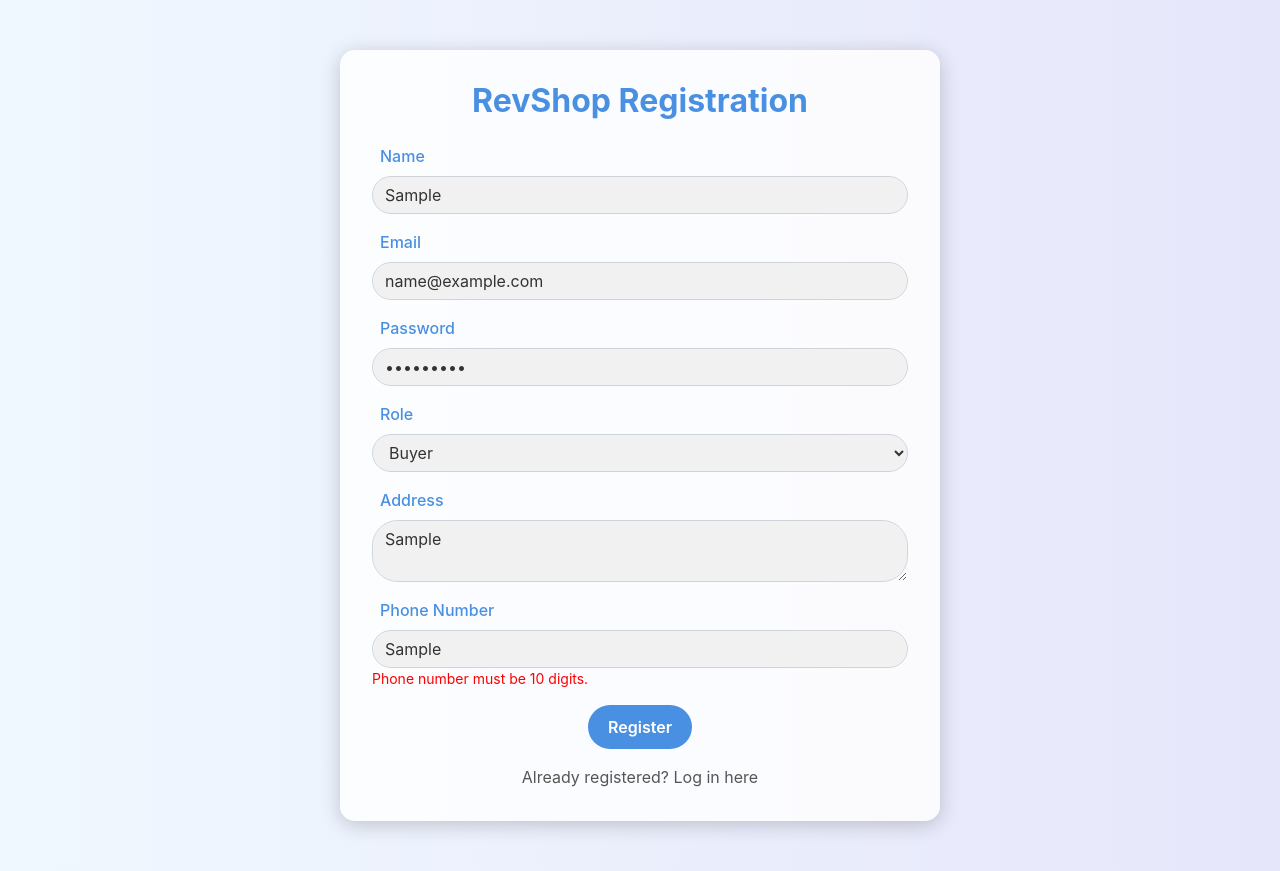
Repository: srikanth805/RevShopP2_Ecommerce
Page: http://localhost/Register
An editor plug-in stored every save of this project. The page is shown before and after the next save, followed by the edit.
The browser window is 1280 px wide. The pictures show the whole page.
Empty fields were first filled with sample values (such as "Sample", 5 or name@example.com).
After loading, the first visible `form` was submitted once.
The page is this project's Thymeleaf template; nobody is signed in. The template is opened directly, without the code that normally fills it, so the values that code supplies are empty.

Above is the page before, as saved 2024-10-21 12:29:20.

### client-app/src/main/resources/templates/Register.html
<!DOCTYPE html>
<html lang="en" xmlns:th="http://www.thymeleaf.org">
<head>
<meta charset="UTF-8">
<meta name="viewport" content="width=device-width, initial-scale=1.0">
<title>RevShop User Registration</title>
<!-- Bootstrap CSS -->
<link
	href="https://stackpath.bootstrapcdn.com/bootstrap/4.5.2/css/bootstrap.min.css"
	rel="stylesheet">
<link rel="stylesheet" th:href="@{/css/Register.css}">
<script src="https://code.jquery.com/jquery-3.5.1.min.js"></script>
<script
	src="https://cdn.jsdelivr.net/npm/@popperjs/core@2.9.2/dist/umd/popper.min.js"></script>
<script
	src="https://stackpath.bootstrapcdn.com/bootstrap/4.5.2/js/bootstrap.min.js"></script>

<script>
	$(document).ready(function() {
		$('#role').change(function() {
			if ($(this).val() === 'seller') {
				$('#sellerFields').slideDown();
			} else {
				$('#sellerFields').slideUp();
			}
		});

		$('form').on('submit', function(e) {
			e.preventDefault();
			let isValid = true;

			const name = $('#name').val();
			if (name === '') {
				$('#nameError').show();
				isValid = false;
			} else {
				$('#nameError').hide();
			}

			const email = $('#email').val();
			const emailPattern = /^[^@\s]+@[^@\s]+\.[^@\s]+$/;
			if (!emailPattern.test(email)) {
				$('#emailError').show();
				isValid = false;
			} else {
				$('#emailError').hide();
			}

			const password = $('#password').val();
			const passwordPattern = /^(?=.*\d)(?=.*[a-z])(?=.*[A-Z]).{8,}$/;
			if (!passwordPattern.test(password)) {
				$('#passwordError').show();
				isValid = false;
			} else {
				$('#passwordError').hide();
			}

			const address = $('#address').val();
			if (address === '') {
				$('#addressError').show();
				isValid = false;
			} else {
				$('#addressError').hide();
			}

			const phone = $('#phone_number').val();
			const phonePattern = /^\d{10}$/;
			if (!phonePattern.test(phone)) {
				$('#phoneError').show();
				isValid = false;
			} else {
				$('#phoneError').hide();
			}

			if ($('#role').val() === 'seller') {
				const busName = $('#bus_name').val();
				if (busName === '') {
					$('#busNameError').show();
					isValid = false;
				} else {
					$('#busNameError').hide();
				}

				const busAddress = $('#bus_address').val();
				if (busAddress === '') {
					$('#busAddressError').show();
					isValid = false;
				} else {
					$('#busAddressError').hide();
				}
			}

			if (isValid) {
				$(this).unbind('submit').submit();
			}
		});
	});
</script>
</head>
<body>
	<div class="registration-container">
		<h2>RevShop Registration</h2>

		<form th:action="@{/api/v1/register}" method="post"
			th:object="${user}">

			<div class="form-group">
				<label for="name">Name</label> <input type="text"
					class="form-control" id="name" th:field="*{userName}"
					placeholder="Enter your name">
				<div id="nameError" class="error" style="display: none;">Name
					is required.</div>
			</div>

			<div class="form-group">
				<label for="email">Email</label> <input type="email"
					class="form-control" id="email" th:field="*{userEmail}"
					placeholder="Enter your email">
				<div id="emailError" class="error" style="display: none;">Invalid
					email address.</div>
			</div>

			<div class="form-group">
				<label for="password">Password</label> <input type="password"
					class="form-control" id="password" th:field="*{userPassword}"
					placeholder="Enter your password">
				<div id="passwordError" class="error" style="display: none;">Password
					must be above 8 characters include uppercase, lowercase, and a
					number.</div>
			</div>

			<div class="form-group">
				<label for="role">Role</label> <select class="form-control"
					id="role" th:field="*{userRole}">
					<option value="buyer">Buyer</option>
					<option value="seller">Seller</option>
				</select>
			</div>

			<div id="sellerFields" style="display: none;">
				<div class="form-group">
					<label for="bus_name">Business Name</label> <input type="text"
						class="form-control" id="bus_name"
						th:field="*{sellermodel.businessName}"
						placeholder="Enter your business name">
					<div id="busNameError" class="error" style="display: none;">Business
						name is required.</div>
				</div>

				<div class="form-group">
					<label for="bus_address">Business Address</label> <input
						type="text" class="form-control" id="bus_address"
						th:field="*{sellermodel.businessAddress}"
						placeholder="Enter your business address">
					<div id="busAddressError" class="error" style="display: none;">Business
						address is required.</div>
				</div>
			</div>

			<div class="form-group">
				<label for="address">Address</label>
				<textarea class="form-control" id="address"
					th:field="*{userAddress}" placeholder="Enter address"></textarea>
				<div id="addressError" class="error" style="display: none;">Address
					is required.</div>
			</div>

			<div class="form-group">
				<label for="phone_number">Phone Number</label> <input type="text"
					class="form-control" id="phone_number"
					th:field="*{userMobileNumber}"
					placeholder="Enter your mobile number">
				<div id="phoneError" class="error" style="display: none;">Phone
					number must be 10 digits.</div>
			</div>

			<button type="submit" class="btn btn-custom">Register</button>
		</form>
		<a th:href="@{/api/v1/login}" class="login-link">Already
			registered? Log in here</a>

	</div>
</body>
</html>

### client-app/src/main/resources/static/css/Register.css
body {
    display: flex;
    justify-content: center;
    align-items: center;
    min-height: 100vh;
    background: linear-gradient(to right, #f0f8ff, #e6e6fa);
    overflow: auto;
}

.registration-container {
    background-color: rgba(255, 255, 255, 0.8);
    color: #333;
    padding: 2rem;
    border-radius: 15px;
    width: 100%;
    max-width: 600px;
    box-shadow: 0 4px 20px rgba(0, 0, 0, 0.2);
    opacity: 0;
    transition: opacity 0.5s ease-in-out;
    transform: translateY(20px);
    animation: fadeIn 0.8s forwards;
    margin-top:50px;
    margin-bottom:50px;
}

@keyframes fadeIn {
    0% {
        opacity: 0;
        transform: translateY(20px);
    }
    100% {
        opacity: 1;
        transform: translateY(0);
    }
}

.registration-container h2 {
    text-align: center;
    margin-bottom: 1.5rem;
    font-weight: 700;
    color: #4A90E2;
}

.form-group label {
    font-weight: 500;
    margin-left: 8px;
    color: #4A90E2;
}

.form-control {
    border-radius: 1.6rem !important;
    background-color: rgba(240, 240, 240, 0.9) !important;
    color: #333 !important;
}

.btn-custom {
    display: block;
    margin: 0 auto;
    background-color: #4A90E2;
    color: white;
    font-weight: 600;
    border-radius: 30px;
    transition: background-color 0.3s, transform 0.3s;
    padding: 10px 20px;
    border: none;
}

.btn-custom:hover {
    background-color: #357ABD;
    transform: scale(1.05);
}

.login-link {
    display: block;
    text-align: center;
    margin-top: 1rem;
    color: #555;
}

a:hover {
    color: #4A90E2;
    text-decoration: none;
}

.error {
    color: red;
    font-size: 0.875rem;
}

@media (max-width: 768px) {
    .registration-container {
        padding: 1.5rem;
    }

    .registration-container h2 {
        font-size: 1.5rem;
    }
}

After the next save:
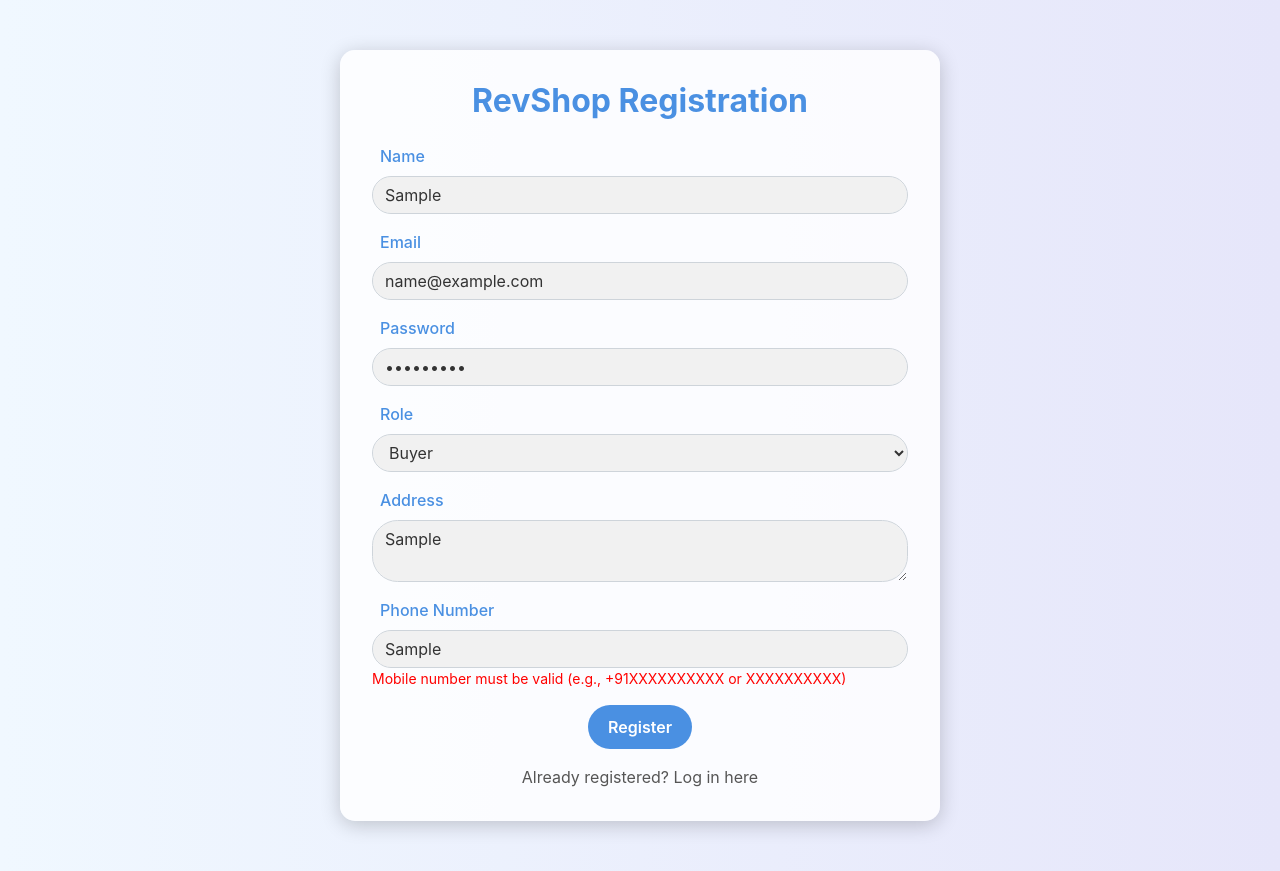
Saved 26 min 17 s later.
--- a/client-app/src/main/resources/templates/Register.html
+++ b/client-app/src/main/resources/templates/Register.html
@@ -14,7 +14,6 @@
 	src="https://cdn.jsdelivr.net/npm/@popperjs/core@2.9.2/dist/umd/popper.min.js"></script>
 <script
 	src="https://stackpath.bootstrapcdn.com/bootstrap/4.5.2/js/bootstrap.min.js"></script>
-
 <script>
 	$(document).ready(function() {
 		$('#role').change(function() {
@@ -26,19 +25,37 @@
 		});
 
 		$('form').on('submit', function(e) {
-			e.preventDefault();
+			e.preventDefault(); // Prevent default form submission
 			let isValid = true;
 
-			const name = $('#name').val();
+			// Custom validation for each field
+		/*	const name = $('#name').val();
 			if (name === '') {
 				$('#nameError').show();
 				isValid = false;
 			} else {
 				$('#nameError').hide();
 			}
+			*/
+
+			const name = $('#name').val().trim(); // Trim to remove leading/trailing spaces
+		    const namePattern = /^[a-zA-Z\s]+$/; // Regular expression to allow only letters and spaces
+
+		    if (name === '') {
+		        $('#nameError').text('Name is required.').show();
+		        isValid = false;
+		    } else if (!namePattern.test(name)) {
+		        $('#nameError').text('Name must contain only letters.').show();
+		        isValid = false;
+		    } else {
+		        $('#nameError').hide();
+		    }
 
 			const email = $('#email').val();
-			const emailPattern = /^[^@\s]+@[^@\s]+\.[^@\s]+$/;
+			 const emailPattern = /^[a-zA-Z][^@\s]+@[a-zA-Z][a-zA-Z.-]+\.[a-zA-Z]{2,}$/;
+			 <!--       const emailPattern = /^[a-zA-Z][^@\s]+@[a-zA-Z][a-zA-Z.-]+\.[a-zA-Z]{2,}$/; -->
+
+
 			if (!emailPattern.test(email)) {
 				$('#emailError').show();
 				isValid = false;
@@ -64,20 +81,31 @@
 			}
 
 			const phone = $('#phone_number').val();
-			const phonePattern = /^\d{10}$/;
-			if (!phonePattern.test(phone)) {
-				$('#phoneError').show();
-				isValid = false;
-			} else {
-				$('#phoneError').hide();
-			}
+			const phonePattern = /^(?:\+?\d{1,3})?\d{10}$/;
+
+			if (phone.trim() === '') {
+			    $('#phoneError').text('Phone number is required.').show();
+			    isValid = false;
+			} else if (!phonePattern.test(phone)) {
+			    $('#phoneError').text('Mobile number must be valid (e.g., +91XXXXXXXXXX or XXXXXXXXXX)').show();
+			    isValid = false;
+			} else {
+			    $('#phoneError').hide();
+			}
+
 
 			if ($('#role').val() === 'seller') {
 				const busName = $('#bus_name').val();
+				const businessnamePattern = /^[a-zA-Z\s]+$/;
 				if (busName === '') {
-					$('#busNameError').show();
+					$('#busNameError').text('please enter the business name ').show();
 					isValid = false;
-				} else {
+				} else if(!businessnamePattern.test(busName)){
+					$('#busNameError').text('Businessname  cannot contain digits please enter valid name ').show();
+					isValid = false;
+
+				}else {
+
 					$('#busNameError').hide();
 				}
 
@@ -90,6 +118,7 @@
 				}
 			}
 
+			// Only submit if form is valid
 			if (isValid) {
 				$(this).unbind('submit').submit();
 			}
